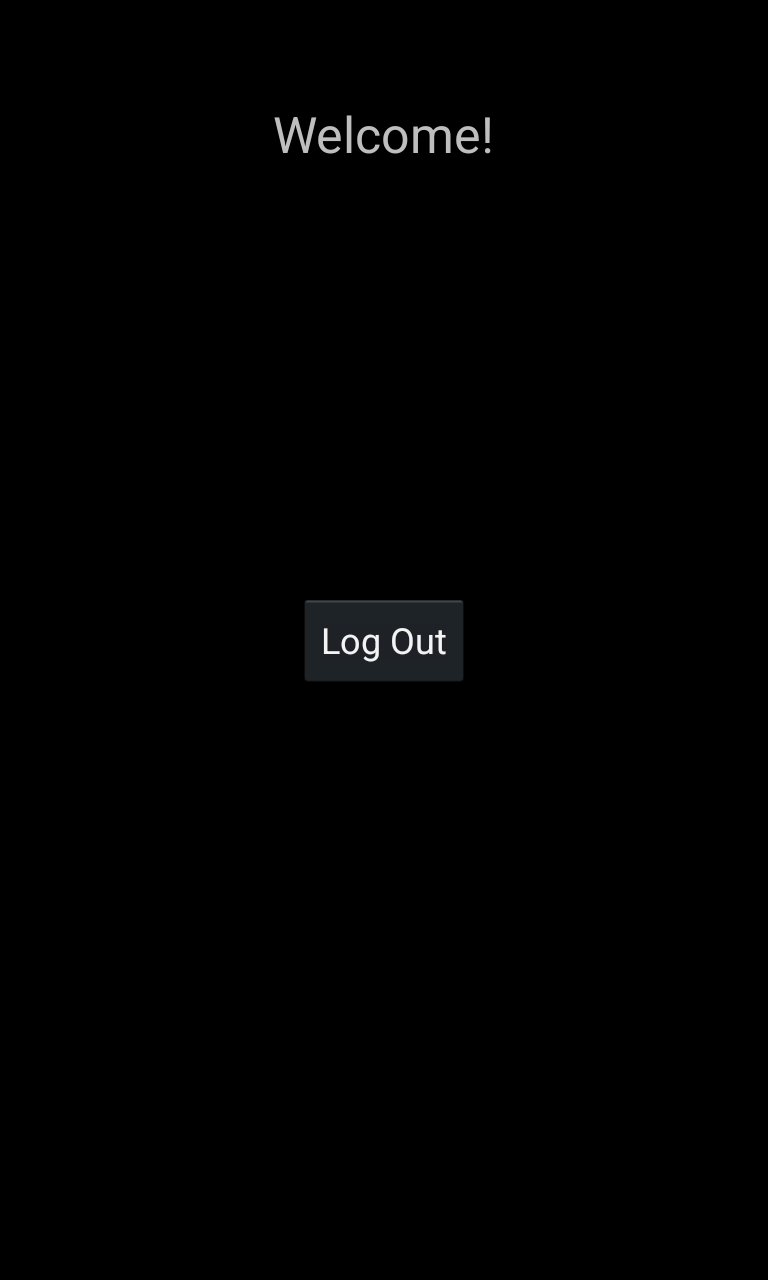
Repository: DinkyDetailsLLC/CPM
Layout: MyHairDid/res/layout/registration.xml
An editor plug-in stored every save of this project. The layout is shown before and after the next save, followed by the edit.
It is drawn on a 768 x 1280 px phone screen (xhdpi) without system bars, with theme android:Theme.Holo; the app's code is not run.

Above is the layout before, as saved 2014-04-03 21:36:52.

After the next save:
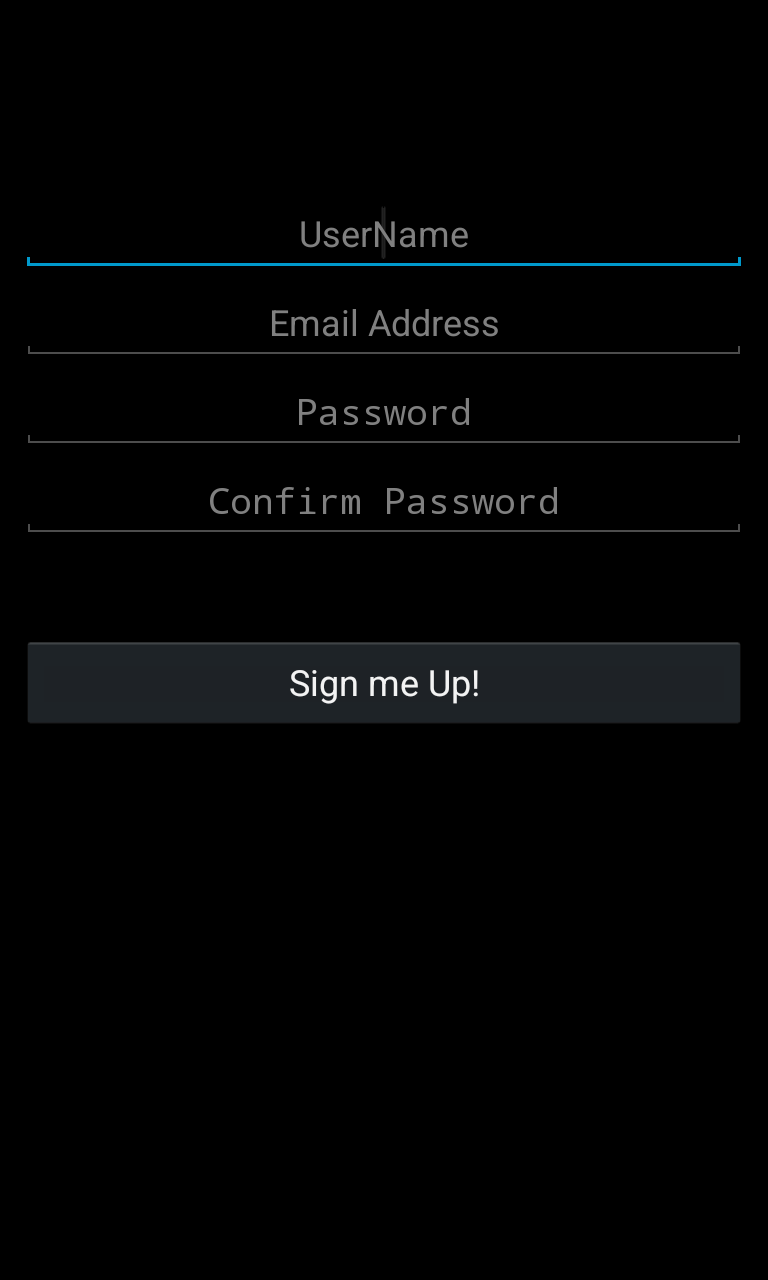
Saved 4 s later.
--- a/MyHairDid/res/layout/registration.xml
+++ b/MyHairDid/res/layout/registration.xml
@@ -1,30 +1,75 @@
-<?xml version="1.0" encoding="utf-8"?>
 <RelativeLayout xmlns:android="http://schemas.android.com/apk/res/android"
-    android:layout_width="match_parent"
-    android:layout_height="match_parent"
-    android:orientation="vertical" >
+    android:layout_width="fill_parent"
+    android:layout_height="fill_parent" >
 
-    <TextView
-        android:id="@+id/txtwelcome"
-        android:layout_width="wrap_content"
+    <EditText
+        android:id="@+id/username"
+        android:layout_width="match_parent"
+        android:layout_height="wrap_content"
+        android:layout_alignParentTop="true"
+        android:layout_centerHorizontal="true"
+        android:layout_marginTop="97dp"
+        android:layout_marginRight="10dp"
+        android:layout_marginLeft="10dp"
+        android:ems="10"
+        android:hint="UserName"
+        android:gravity="center"
+        android:inputType="textPersonName" >
+
+        <requestFocus />
+    </EditText>
+
+    <EditText
+        android:id="@+id/email"
+        android:layout_width="match_parent"
+        android:layout_height="wrap_content"
+        android:layout_below="@+id/username"
+        android:layout_centerHorizontal="true"
+        android:layout_marginTop="5dp"
+        android:ems="10"
+        android:layout_marginRight="10dp"
+        android:layout_marginLeft="10dp"
+        android:hint="Email Address"
+        android:gravity="center"
+        android:inputType="textEmailAddress" />
+
+    <EditText
+        android:id="@+id/password"
+        android:layout_width="match_parent"
         android:layout_height="wrap_content"
         android:layout_centerHorizontal="true"
-        android:text="@string/Welcome"
-        android:paddingTop="50dp"
-        android:textSize="25sp" />
+        android:ems="10"
+        android:layout_below="@+id/email"
+        android:layout_marginTop="5dp"
+        android:hint="Password"
+        android:gravity="center"
+        android:layout_marginRight="10dp"
+        android:layout_marginLeft="10dp"
+        android:inputType="textPassword" />
 
-    <TextView
-        android:id="@+id/txtuser"
-        android:layout_width="wrap_content"
+    <EditText
+        android:id="@+id/verifypassword"
+        android:layout_width="match_parent"
         android:layout_height="wrap_content"
-        android:layout_below="@+id/txtwelcome"
-        android:layout_centerHorizontal="true" />
+        android:layout_below="@+id/password"
+        android:layout_centerHorizontal="true"
+        android:layout_marginTop="5dp"
+        android:hint="Confirm Password"
+        android:gravity="center"
+        android:ems="10"
+        android:layout_marginRight="10dp"
+        android:layout_marginLeft="10dp"
+        android:inputType="textPassword" />
 
     <Button
-        android:id="@+id/logout"
-        android:layout_width="wrap_content"
+        android:id="@+id/signUp"
+        android:layout_width="match_parent"
         android:layout_height="wrap_content"
-        android:layout_centerInParent="true"
-        android:text="@string/LogoutBtn" />
+        android:layout_below="@+id/verifypassword"
+        android:layout_centerHorizontal="true"
+        android:layout_marginTop="47dp"
+        android:layout_marginRight="10dp"
+        android:layout_marginLeft="10dp"
+        android:text="Sign me Up!" />
 
 </RelativeLayout>
